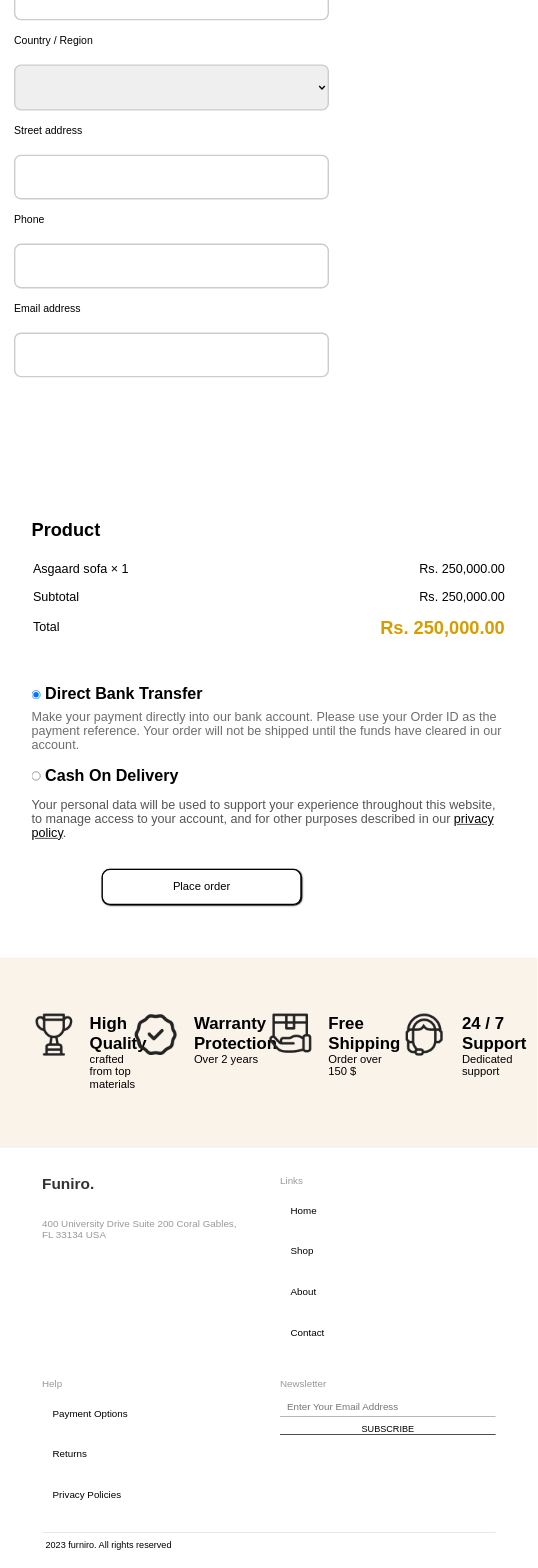
Repository: Ali1Kh/Furniro-ITI
Page: pages/checkout.html
An editor plug-in stored every save of this project. The page is shown before and after a run of saves, followed by the edit.
The browser window is 768 px wide. The pictures show the part of the page from y = 800 to 3040 px (the page is 3040 px tall), at 70% of full size.

Above is the page before, as saved 2025-07-19 20:45:36.

### pages/checkout.html
<!DOCTYPE html>
<html lang="en">

<head>
  <meta charset="UTF-8">
  <meta name="viewport" content="width=device-width, initial-scale=1.0">
  <title>CheckOut</title>
  <link rel="shortcut icon" href="../assets/icons/Logo.png" type="image/x-icon">
  <link rel="stylesheet" href="../styles/index.css">
  <link rel="stylesheet" href="../styles/checkout.css">
</head>

<body>

  <nav>
    <!-- Navigation -->
    <div class="navBar">
      <div class="text">
        <p>Furniro</p>
      </div>

      <div class="menu-icon" onclick="toggleSidebar()">☰</div>

      <div class="navBarLinks">
        <ul>
          <li><a href="/pages/home.html">Home</a></li>
          <li><a href="/pages/shop.html">Shop</a></li>
          <li><a href="/">About</a></li>
          <li><a href="/pages/contact.html">Contact</a></li>
        </ul>
      </div>

     <div class="navBarIcons">
        <a href="/pages/Compare.html"><i class="fa-solid fa-user"></i></a>
        <a href="/pages/shop.html"><i class="fa-solid fa-magnifying-glass"></i></a>
        <a href="/"><i class="fa-solid fa-heart"></i></a>
        <a href="/pages/checkout.html"><i class="fa-solid fa-cart-plus"></i></a>
      </div>
    </div>


    <!-- Sidebar for mobile -->
    <div class="sidebar" id="sidebar">
      <a href="" onclick="toggleSidebar()">✖</a>
      <a href="">Home</a>
      <a href="/pages/shop.html">Shop</a>
      <a href="/">About</a>
      <a href="/pages/contact.html">Contact</a>
    </div>
  </nav>

  <main class="checkout">
    <div id="home">
      <div class="img-conteaner">
        <img src="../assets/img/Rectangle 1.png" alt="">

        <div class="text-conteaner">
          <img src="../assets/icons/Logo.png" alt="" style="width: 100px;height: 77px;margin-top: -80px; left: 1px; ">
          <h2 style="font-size: 48px; font-family: Poppins; top: 20px;">Checkout</h2>
          <h3 style="top: 30px;left: -11px; "><span style="width: 48;height: 24;top: 295px;left: 660px; ">Home ></span>
            Checkout</h3>
        </div>
      </div>
    </div>

    <div id="content">
      <div class="form">
        <h1 style="font-family: Poppins;font-weight: 600;font-style: SemiBold;font-size: 36px;">Billing details</h1>
        <br><br>
        <form>
          <div class="input" style="width: 200px;">
            <label>First name</label><br>
            <input type="text" name="firatname" id="firatname">
          </div>

          <div class="input" style="width: 200px; position: relative;bottom: 127px;left: 266px;">
            <label>Last name</label><br>
            <input type="text" name="lastname" id="lastname">
          </div>

          <div class="input" style="position: relative; bottom: 90px; width: 450px;">
            <label>Company Name (Optional)</label><br>
            <input type="text" name="Companyname(Optional)" id="Companyname(Optional)">
          </div>

          <div class="input" style="position: relative; bottom: 90px; width: 450px;">
            <label>Country / Region</label><br>
            <select>
              <option></option>
              <option>UK</option>
              <option>Argantina</option>
              <option>Brasil</option>
              <option>Egypt</option>
              <option>USA</option>
            </select>
          </div>

          <div class="input" style="position: relative; bottom: 90px; width: 450px;">
            <label>Street address</label><br>
            <input type="text" name="Streetaddress" id="Streetaddress">
          </div>

          <div class="input" style="position: relative; bottom: 90px; width: 450px;">
            <label>Phone</label><br>
            <input type="number" name="Phone" id="Phone">
          </div>

          <div class="input" style="position: relative; bottom: 90px; width: 450px;">
            <label>Email address</label><br>
            <input type="email" name="Emailaddress" id="Emailaddress">
          </div><br><br>

        </form>
      </div>
      <div class="table">
        <div class="order-summary">
          <h2>Product</h2>
          <table>
            <tr>
              <td>Asgaard sofa × 1</td>
              <td style="text-align: right;">Rs. 250,000.00</td>
            </tr>
            <tr>
              <td>Subtotal</td>
              <td style="text-align: right;">Rs. 250,000.00</td>
            </tr>
            <tr>
              <td>Total</td>
              <td style="text-align: right;" class="total">Rs. 250,000.00</td>
            </tr>
          </table><br><br>

          <div class="payment-methods">
            <label><input type="radio" name="payment" checked> Direct Bank Transfer</label>
            <p>
              Make your payment directly into our bank account. Please use your Order ID as the payment reference. Your
              order will not be shipped until the funds have cleared in our account.
            </p>

            <label><input type="radio" name="payment"> Cash On Delivery</label>
          </div>

          <div class="privacy">
            Your personal data will be used to support your experience throughout this website, to manage access to your
            account, and for other purposes described in our <a href="#">privacy policy</a>.
          </div>

          <button class="btn">Place order</button>
        </div>
      </div>
    </div>

    <div id="quality">
      <div class="1"
        style="display: flex; gap: 1.5rem; padding-top: 80px; padding-bottom: 80px;width: 25%;padding-left: 50px;">
        <div class="l"><img src="../assets/icons/Group copy.png" alt=""></div>
        <div class="r">
          <h2>High Quality</h2>
          <p>crafted from top materials</p>
        </div>

      </div>
      <div class="2" style="display: flex; gap: 1.5rem; padding-top: 80px; padding-bottom: 80px;width: 25%;">
        <div class="l"><img src="../assets/icons/Group (2).png" alt=""></div>
        <div class="r">
          <h2>Warranty Protection</h2>
          <p>Over 2 years</p>
        </div>

      </div>
      <div class="3" style="display: flex; gap: 1.5rem; padding-top: 80px; padding-bottom: 80px;width: 25%;">
        <div class="l"><img src="../assets/icons/Vector (2).png" alt=""></div>
        <div class="r">
          <h2>Free Shipping</h2>
          <p>Order over 150 $</p>
        </div>

      </div>
      <div class="4" style="display: flex; gap: 1.5rem; padding-top: 80px; padding-bottom: 80px;width: 25%;">
        <div class="l"><img src="../assets/icons/customer-support.png" alt=""></div>
        <div class="r">
          <h2>24 / 7 Support</h2>
          <p>Dedicated support</p>
        </div>

      </div>

    </div>
  </main>

  <footer class="footer">
    <div class="footer-container">
      <div class="footer-sec">
        <h2 class="logo">Funiro.</h2>
        <p style="padding-top: 20px;">400 University Drive Suite 200 Coral Gables,<br>FL 33134 USA</p>
      </div>

      <div class="footer-sec">
        <h4>Links</h4>
        <ul>
          <li><a href="#">Home</a></li>
          <li><a href="#">Shop</a></li>
          <li><a href="#">About</a></li>
          <li><a href="#">Contact</a></li>
        </ul>
      </div>

      <div class="footer-sec">
        <h4>Help</h4>
        <ul>
          <li><a href="#">Payment Options</a></li>
          <li><a href="#">Returns</a></li>
          <li><a href="#">Privacy Policies</a></li>
        </ul>
      </div>

      <div class="footer-sec new">
        <h4>Newsletter</h4>
        <div class="subscribe">
          <input type="email" placeholder="Enter Your Email Address">
          <button>SUBSCRIBE</button>
        </div>
      </div>
    </div>

    <div class="footer-bottom">
      <p>2023 furniro. All rights reserved</p>
    </div>
  </footer>

  <script src="../scripts/index.js"></script>

</body>

</html>

### styles/index.css
:root {
  --mainColor: #feeed8;
}

* {
  margin: 0;
  padding: 0;
  box-sizing: border-box;
}

body {
  font-family: "Poppins", sans-serif;
}

.navBar img {
  display: inline;
}

.navBar {
  width: 100%;
  height: 80px;
  display: flex;
  justify-content: space-between;
  align-items: center;
  padding: 0 50px;
  background-color: #fff;
  z-index: 1000;
  position: sticky;
  top: 0;
}

.navBarLinks ul {
  list-style: none;
  display: flex;
  gap: 60px;
}

.navBarLinks a {
  text-decoration: none;
  font-size: 18px;
  color: black;
}

.navBarIcons {
  display: flex;
  gap: 30px;
}

.text p {
  font-weight: bold;
  font-size: 22px;
  color: #b88e2f;
}

/* Sidebar for mobile */
.sidebar {
  height: 100%;
  width: 0;
  position: fixed;
  background-color: #8d8d8d;
  overflow-x: hidden;
  transition: 0.3s;
  padding-top: 60px;
  z-index: 999;
}
.sidebar a {
  padding: 12px 20px;
  text-decoration: none;
  font-size: 20px;
  color: white;
  display: block;
}
.sidebar a:hover {
  background-color: #444;
}

.menu-icon {
  font-size: 28px;
  cursor: pointer;
  display: none;
  padding: 15px;
}

/* Quality */

#quality {
  display: flex;
  background-color: rgba(250, 243, 234, 1);
  width: 100%;
}

/* Page Header */

#pageHeader .imge {
  position: relative;
  width: 100%;
  height: auto;
}

#pageHeader .imge img {
  width: 100%;
  height: auto;
  display: block;
}

#pageHeader .adresIn {
  position: absolute;
  top: 50%;
  left: 50%;
  transform: translate(-50%, -50%);
  color: black;
  text-align: center;
}

#pageHeader .mainP1 {
  font-size: 48px;
}
#pageHeader .scoundP1 {
  font-size: 16px;
}

.footerBox {
  height: 400px;
  width: 100%;
}
.with-line::before,
.with-line::after {
  content: "";
  display: block;
  height: 1px;
  background-color: #c6c6c6;
  margin: 20px auto;
  width: 100%;
}

.with-line::after {
  width: 82%;
}

.infoterbox {
  margin-left: 100px;
  margin-right: 100px;
  display: grid;
  grid-template-columns: 1fr 1fr 1fr 1.5fr;
  gap: 20px;
  padding: 30px;
  color: white;

  height: 100%;
}

.mainFooterBar {
  font-weight: bold;
  font-size: 24px;
  color: #000;
}
.scoundFooterBar {
  font-size: 16px;
  font-weight: 300;
  color: #9f9f9f;
  position: relative;
  top: 40px;
}

.prgraphF {
  position: relative;
  top: 54px;
}

.infoterboxLM a,
.infoterboxRM a {
  display: block;
  margin-top: 55px;
  text-decoration: none;
  color: #000;
  width: 70%;
}

.infoterboxLM p,
.infoterboxRM p,
.prgraphFF p {
  font-size: 16px;
  font-weight: 300;
  color: #9f9f9f;
}

.SUBSCRIBE {
  position: relative;
  top: 53px;
}

.SUBSCRIBE button {
  font-size: 14px;
  font-weight: bold;
  width: 85px;
  height: 21px;
  border: none;
  border-bottom: 1px solid black;
  margin-left: 15px;
  background-color: white;

  cursor: pointer;
}

.SUBSCRIBE input {
  font-size: 14px;
  width: 200px;
  height: 21px;
  color: #9f9f9f;
  border: none;
  border-bottom: 1px solid black;
}

.SUBSCRIBE input:focus {
  outline: none;
}

@media (max-width: 768px) {
  .navBarLinks {
    display: none;
  }
  .menu-icon {
    display: block;
  }
  .navBarIcons {
    display: none;
  }
}

@media (max-width: 767px) {
  .navBarIcons {
    display: none;
  }
}

### styles/checkout.css
* {
  margin: 0;
  padding: 0;
}
.checkout ul {
  list-style: none;
}

.checkout a {
  text-decoration: none;
}

/* start header */

#header {
  background-color: rgb(250, 245, 240);
  border: 1px solid #ccc;
  width: 100%;
  height: 90px;
}
#header .navbar {
  display: flex;
  justify-content: space-between;
  align-items: center;
}
#header .navbar .logo {
  display: flex;
  width: 185;
  height: 41;
  opacity: 1;
  top: 29px;
  left: 54px;
  gap: 5px;
}
#header .navbar img {
  width: 185;
  height: 41px;
  top: 29px;
  left: 54px;
  gap: 5px;
}

/* #header .navbar .imgs{
    width: 300px;
    display: flex;
    position: relative;
    bottom: 10px;
} */

#header .navbar ul {
  display: flex;
}
#header .navbar ul li a {
  position: relative;
  color: black;
  font-size: 25px;
  margin: 0 20px;
  font-weight: bold;
  transition: 0.3s ease;
  bottom: 15px;
}
#header .navbar ul li a:hover {
  color: bisque;
}

/* finish header */

.img-conteaner {
  position: relative;
  width: 100%;
}

.img-conteaner img {
  width: 100%;
  height: 316px;
  top: 100px;
}

.text-conteaner {
  position: absolute;
  top: 50%;
  left: 50%;
  transform: translate(-50%, -50%);
}
.text-conteaner h3 {
  position: relative;
  bottom: 90px;
  left: 40px;
}
.text-conteaner h2 {
  position: relative;
  bottom: 90px;
  left: -50px;
}

/* #content {
  display: flex;
  justify-content: space-between;
  gap: 8rem;
  max-width: 1240px;
  margin: auto;
  padding-top: 100px;
}

.form {
  width: 50%;
} */







#content {
  display: flex;
  justify-content: space-between;
  flex-wrap: wrap; /* مهم جدا */
  gap: 2rem;
  max-width: 1200px;
  margin: auto;
  padding: 50px 20px;
}

.form, .table {
  flex: 1 1 100%; /* هتكون عمودين فوق بعض مبدئياً */
}















.form h1 {
  font-size: 36px;
  font-weight: 600;
  margin-bottom: 30px;
}

form label {
  font-weight: 500;
  margin-bottom: 8px;
  display: block;
  font-size: 15px;
}

form input,
form select {
  width: 100%;
  padding: 22px;
  border: 2px solid #ccc;
  border-radius: 10px;
  font-size: 14px;
}

.input {
  margin-bottom: 20px;
}

.table {
  width: 48%;
}

.order-summary {
  padding: 25px;
}

.order-summary h2 {
  font-size: 26px;
  margin-bottom: 20px;
}

.order-summary table {
  width: 100%;
  margin-bottom: 20px;
}

.order-summary table td {
  padding: 8px 0;
  font-size: 18px;
}

.order-summary .total {
  font-weight: bold;
  color: #d89c00;
  font-size: 26px;
}

.payment-methods label {
  display: block;
  margin-bottom: 10px;
  font-weight: bold;
  font-size: 23px;
}

.payment-methods p {
  font-size: 18px;
  color: #716d6d;
  margin: 10px 0 20px;
  line-height: 1.1;
}

.privacy {
  font-size: 18px;
  color: #555;
  margin: 20px 0;
  line-height: 1.1;
}

.privacy a {
  text-decoration: underline;
  color: black;
}

/* .btn {
  padding: 15px 100px;
  background: #fff;
  border: 2px solid black;
  border-radius: 12px;
  font-size: 16px;
  transition: 0.3s ease;
  margin-left: 100px;
  margin-top: 10px;
  box-shadow: 1px 1px 1px black;
} */




.btn {
  width: 100%;
  padding: 15px;
  background: #fff;
  border: 2px solid black;
  border-radius: 12px;
  font-size: 16px;
  margin-top: 20px;
  box-shadow: 1px 1px 2px black;
}

.btn:hover {
  background-color: #babd8e;
}

.footer {
  background-color: #fff;
  padding: 40px 60px 20px;
  border-top: 1px solid #e0e0e0;
  color: #333;
}

/* .footer-container {
  display: flex;
} */



.footer-container {
  display: flex;
  flex-wrap: wrap;
  justify-content: space-between;
  gap: 2rem;
}


.footer-sec {
  flex: 1 1 100%;
}

.footer-sec h2.logo {
  font-size: 22px;
  font-weight: 700;
  margin-bottom: 15px;
}

.footer-sec h4 {
  font-size: 14px;
  font-weight: 500;
  color: #999;
  margin-bottom: 10px;
}

.footer-sec ul {
  list-style: none;
  padding: 0;
  margin: 0;
}

.footer-sec ul li {
  margin-bottom: 10px;
  padding: 15px;
}

.footer-sec ul li a {
  text-decoration: none;
  color: #000;
  font-size: 14px;
}

.footer-sec p {
  color: #999;
  font-size: 14px;
}

.new .subscribe {
  display: flex;
  gap: 10px;
  margin-top: 10px;
}

.new input {
  padding: 6px 10px;
  font-size: 14px;
  border: none;
  border-bottom: 1px solid #999;
  outline: none;
}

.new button {
  background: none;
  border: none;
  border-bottom: 1px solid #000;
  color: #000;
  font-size: 13px;
  font-weight: 500;
}

.footer-bottom {
  border-top: 1px solid #e0e0e0;
  padding: 5px;
  margin-top: 20px;
  padding-top: 10px;
  text-align: left;
  font-size: 13px;
  color: #000;
}


/* .navBar {
  display: flex;
  justify-content: space-between;
  align-items: center;
  padding: 20px 40px;
  flex-wrap: wrap;
}

.navBar .menu-icon {
  display: none;
  font-size: 28px;
  cursor: pointer;
}

.navBarLinks ul,
.navBarIcons {
  display: flex;
  gap: 15px;
}

.sidebar {
  display: none;
  position: fixed;
  top: 0;
  right: 0;
  background-color: white;
  width: 250px;
  height: 100%;
  padding: 20px;
  z-index: 999;
  flex-direction: column;
  box-shadow: -2px 0 10px rgba(0,0,0,0.1);
}

.sidebar a {
  display: block;
  padding: 15px;
  font-size: 18px;
  color: #333;
  text-decoration: none;
} */
 .subscribe {
  display: flex;
  flex-direction: column;
  gap: 10px;
}

@media (max-width: 768px) {
  .navBarLinks,
  .navBarIcons {
    display: none;
  }

  .menu-icon {
    display: block;
  }

  .sidebar {
    display: flex;
  }

   .form, .table {
    flex: 1 1 48%;
  }

    .btn {
    width: auto;
    padding: 15px 100px;
    margin-left: 100px;
  }
  .footer-sec {
    flex: 1 1 45%;
  }
}

### scripts/index.js
function toggleSidebar() {
  const sidebar = document.getElementById("sidebar");
  if (sidebar.style.width === "250px") {
    sidebar.style.width = "0";
  } else {
    sidebar.style.width = "250px";
  }
}

function toggleSidebar() {
  const sidebar = document.getElementById("sidebar");
  if (sidebar.style.display === "flex") {
    sidebar.style.display = "none";
  } else {
    sidebar.style.display = "flex";
  }
}

After the next 2 saves:
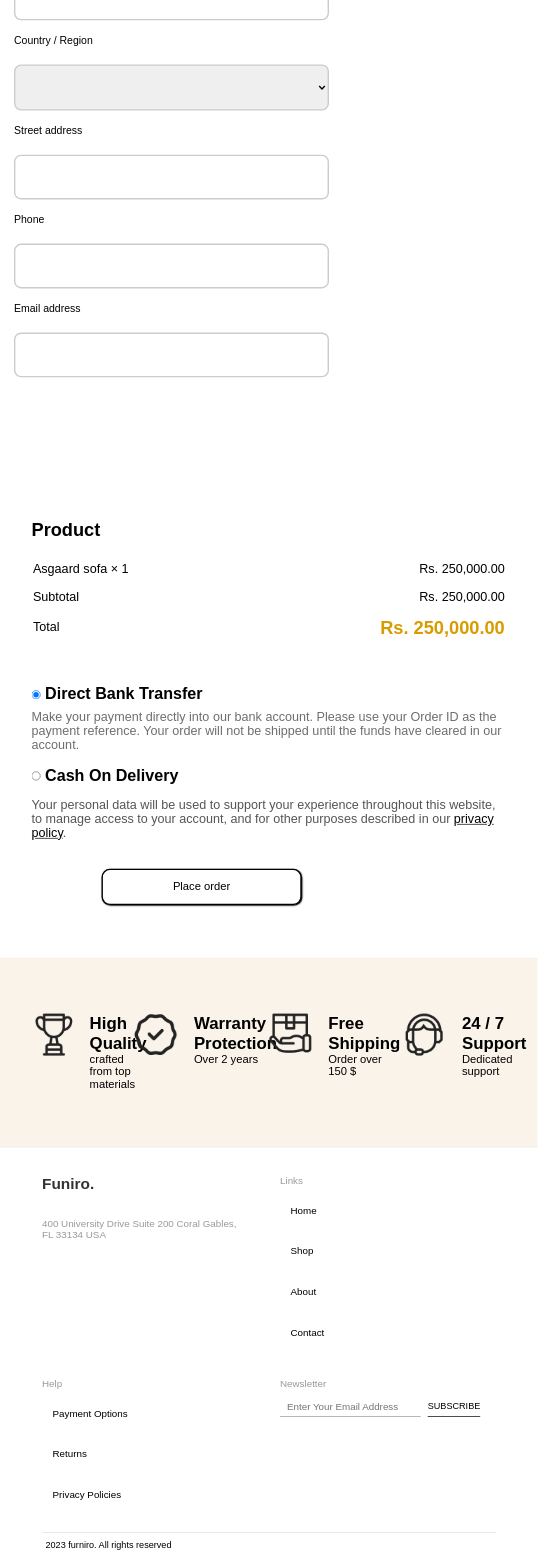
The 2 saves are shown as one change because they came seconds apart.
The last was saved 13 s later.
--- a/styles/checkout.css
+++ b/styles/checkout.css
@@ -418,4 +418,7 @@ form select {
   .footer-sec {
     flex: 1 1 45%;
   }
-}
+  .subscribe {
+    flex-direction: row;
+  }
+}
